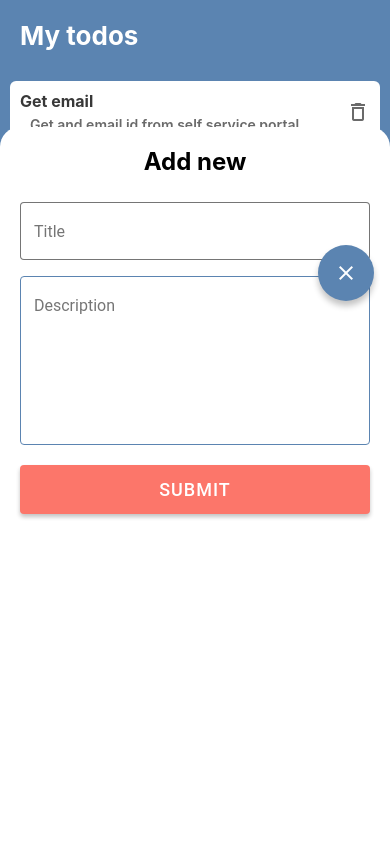
Repository: sadarsh216/Todo-App
Page: /, after clicking the first element matching `button.css-view-175oi2r`
An editor plug-in stored every save of this project. The page is shown before and after the next save, followed by the edit.
The browser window is 390 px wide. The pictures show the whole page.
The app was drawn by React Native's web renderer in a window 390 px wide. The project was rebuilt for these pictures with package versions that can differ from the ones it lists, and the page was loaded fresh each time.

Above is the page before, as saved 2021-10-09 15:25:46.

After the next save:
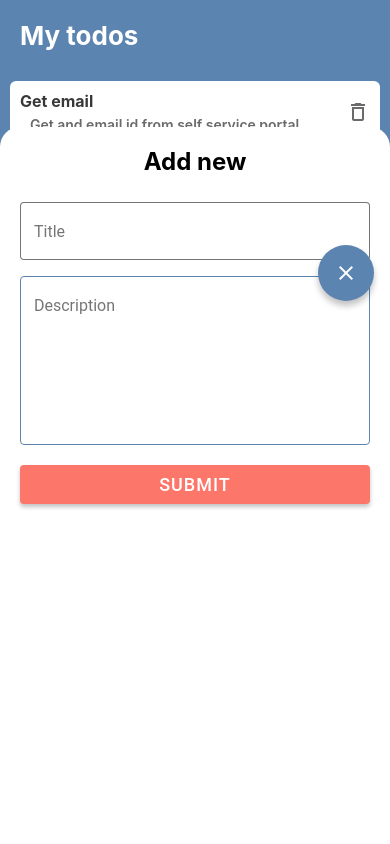
Saved 23 s later.
--- a/components/Modal.tsx
+++ b/components/Modal.tsx
@@ -95,7 +95,7 @@ const styles = StyleSheet.create({
   },
   submitBtn: {
     marginTop: 10,
-    paddingVertical: 5,
+    // paddingVertical: 5,
     backgroundColor: COLORS.secondary,
     elevation: 4,
   },
